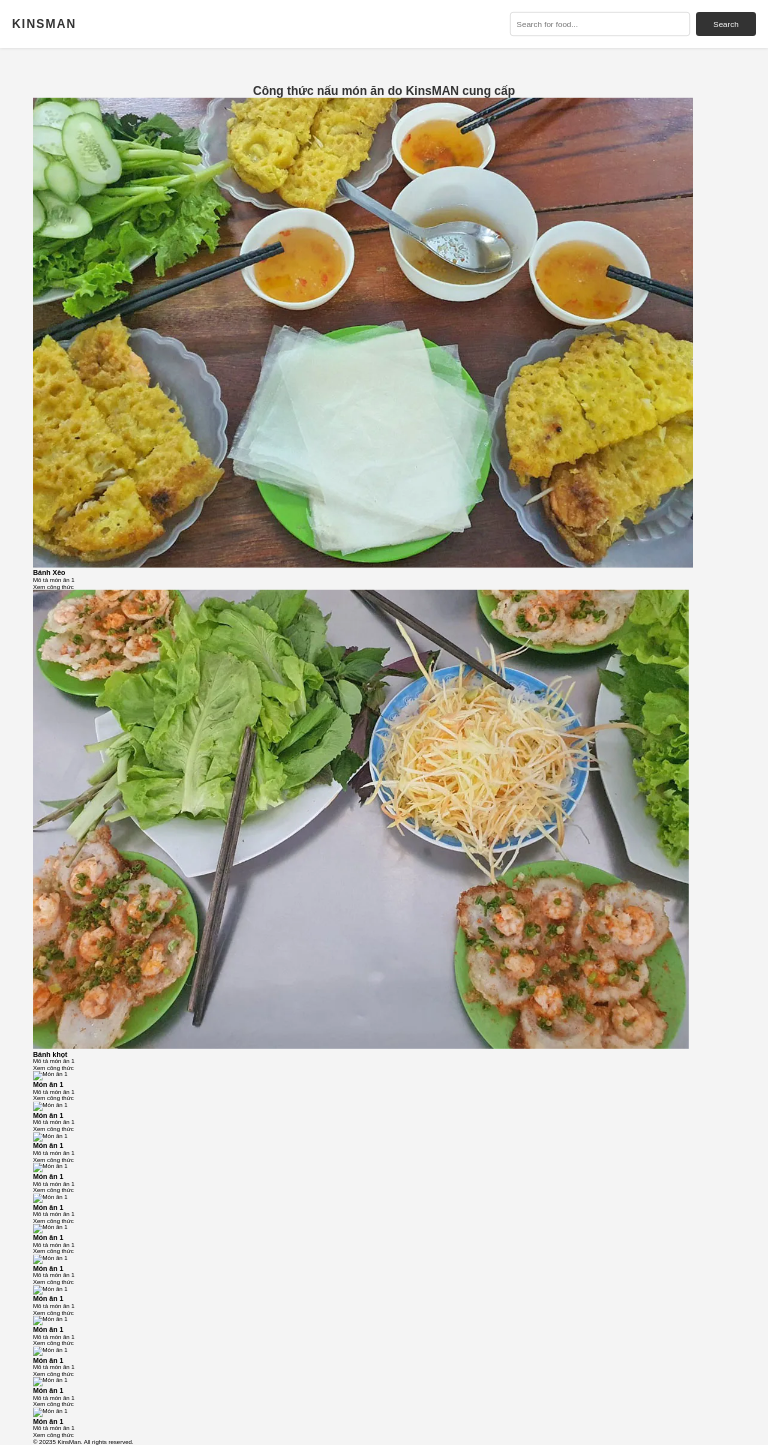
Repository: hoang28092000/how-food
Page: index.html
The author's editor kept a copy of each file at every save. The page is drawn from the files as they stood at one save, then again after a run of saves.
The browser window is 1280 px wide. The pictures show the whole page, at 60% of full size.

Above is the page before, as saved 2025-04-14 23:55:13.

### index.html
<!DOCTYPE html>
<html lang="en">
<head>
    <meta charset="UTF-8">
    <meta name="viewport" content="width=device-width, initial-scale=1.0">
    <link rel="stylesheet" href="./style.css">
    <title>Food VN</title>
</head>
<body>
    <header>
        <div class="container">
            <nav class="nav">
                <h1 class="logo">KINSMAN</h1>
                <form action="" class="search-form">
                    <input type="text" class="search-box" placeholder="Search for food...">
                    <button type="submit" class="btn-search">Search</button>
                </form>
            </nav>
        </div>
    </header>
    <main>
        <div class="container">
            <h2 class="title-page">
                Công thức nấu món ăn do KinsMAN cung cấp
            </h2>
            <div class="list-food">
                <div class="food-item">
                    <img src="./image/banh-xeo.webp" alt="Món ăn 1" class="food-image">
                    <div class="info-card">
                        <h3 class="food-name">Bánh Xèo</h3>
                        <p class="food-description">Mô tả món ăn 1</p>
                        <a class="btn-card">Xem công thức</a>
                    </div>
                </div>
                <div class="food-item">
                    <img src="./image/banh_khot.webp" alt="Món ăn 1" class="food-image">
                    <div class="info-card">
                        <h3 class="food-name">Bánh khọt</h3>
                        <p class="food-description">Mô tả món ăn 1</p>
                        <a class="btn-card">Xem công thức</a>
                    </div>
                </div>
                <div class="food-item">
                    <img src="" alt="Món ăn 1" class="food-image">
                    <div class="info-card">
                        <h3 class="food-name">Món ăn 1</h3>
                        <p class="food-description">Mô tả món ăn 1</p>
                        <a class="btn-card">Xem công thức</a>
                    </div>
                </div>
                <div class="food-item">
                    <img src="" alt="Món ăn 1" class="food-image">
                    <div class="info-card">
                        <h3 class="food-name">Món ăn 1</h3>
                        <p class="food-description">Mô tả món ăn 1</p>
                        <a class="btn-card">Xem công thức</a>
                    </div>
                </div>
                <div class="food-item">
                    <img src="" alt="Món ăn 1" class="food-image">
                    <div class="info-card">
                        <h3 class="food-name">Món ăn 1</h3>
                        <p class="food-description">Mô tả món ăn 1</p>
                        <a class="btn-card">Xem công thức</a>
                    </div>
                </div>
                <div class="food-item">
                    <img src="" alt="Món ăn 1" class="food-image">
                    <div class="info-card">
                        <h3 class="food-name">Món ăn 1</h3>
                        <p class="food-description">Mô tả món ăn 1</p>
                        <a class="btn-card">Xem công thức</a>
                    </div>
                </div>
                <div class="food-item">
                    <img src="" alt="Món ăn 1" class="food-image">
                    <div class="info-card">
                        <h3 class="food-name">Món ăn 1</h3>
                        <p class="food-description">Mô tả món ăn 1</p>
                        <a class="btn-card">Xem công thức</a>
                    </div>
                </div>
                <div class="food-item">
                    <img src="" alt="Món ăn 1" class="food-image">
                    <div class="info-card">
                        <h3 class="food-name">Món ăn 1</h3>
                        <p class="food-description">Mô tả món ăn 1</p>
                        <a class="btn-card">Xem công thức</a>
                    </div>
                </div>
                <div class="food-item">
                    <img src="" alt="Món ăn 1" class="food-image">
                    <div class="info-card">
                        <h3 class="food-name">Món ăn 1</h3>
                        <p class="food-description">Mô tả món ăn 1</p>
                        <a class="btn-card">Xem công thức</a>
                    </div>
                </div>
                <div class="food-item">
                    <img src="" alt="Món ăn 1" class="food-image">
                    <div class="info-card">
                        <h3 class="food-name">Món ăn 1</h3>
                        <p class="food-description">Mô tả món ăn 1</p>
                        <a class="btn-card">Xem công thức</a>
                    </div>
                </div>
                <div class="food-item">
                    <img src="" alt="Món ăn 1" class="food-image">
                    <div class="info-card">
                        <h3 class="food-name">Món ăn 1</h3>
                        <p class="food-description">Mô tả món ăn 1</p>
                        <a class="btn-card">Xem công thức</a>
                    </div>
                </div>
                <div class="food-item">
                    <img src="" alt="Món ăn 1" class="food-image">
                    <div class="info-card">
                        <h3 class="food-name">Món ăn 1</h3>
                        <p class="food-description">Mô tả món ăn 1</p>
                        <a class="btn-card">Xem công thức</a>
                    </div>
                </div>
                <div class="food-item">
                    <img src="" alt="Món ăn 1" class="food-image">
                    <div class="info-card">
                        <h3 class="food-name">Món ăn 1</h3>
                        <p class="food-description">Mô tả món ăn 1</p>
                        <a class="btn-card">Xem công thức</a>
                    </div>
                </div>
                <div class="food-item">
                    <img src="" alt="Món ăn 1" class="food-image">
                    <div class="info-card">
                        <h3 class="food-name">Món ăn 1</h3>
                        <p class="food-description">Mô tả món ăn 1</p>
                        <a class="btn-card">Xem công thức</a>
                    </div>
                </div>
            </div>
        </div>
    </main>

    <footer>
        <div class="container">
            <p>&copy; 20235 KinsMan. All rights reserved.</p>
        </div>
    </footer>


    <script src="script.js"></script>
</body>
</html>

### style.css
*{
    padding: 0;
    margin: 0;
    box-sizing: border-box;
}
html{
    font-size: 62.5%;
    scroll-behavior: smooth;
}
.container{
    max-width: calc(100% - 48px);
    width: 1170px;
    margin: 0 auto;
}
body{
    font-family: 'Poppins', sans-serif;
    background-color: #f4f4f4;
}
/* header */
nav{
    display: flex;
    justify-content: space-between;
    align-items: center;
    padding: 20px;
    background-color: #fff;
    box-shadow: 0 2px 5px rgba(0, 0, 0, 0.1);
    position: fixed;
    width: 100%;
    top: 0;
    left: 0;
}
nav .logo{
    font-size: 2rem;
    font-weight: bold;
    color: #333;
    letter-spacing: 2px;
}
nav .search-form{
    display: flex;
    width: 50%;
    align-items: center;
    justify-content: flex-end;
}
.search-box{
    width: 300px;
    height: 40px;
    padding-left: 10px;
    border: 1px solid #ccc;
    border-radius: 5px;
    outline: none;
}
.btn-search{
    width: 100px;
    height: 40px;
    background-color: #333;
    color: #fff;
    border: none;
    border-radius: 5px;
    cursor: pointer;
    margin-left: 10px;
    transition: background-color 0.2s ease-in-out;
}
.btn-search:hover{
    background-color: #555;
}
/* main */
main{
    margin-top: 80px;
}
.title-page{
    padding-top: 60px;
    text-align: center;
    font-size: 2rem;
    font-weight: bold;
    color: #333;

}

Loaded but not shown: script.js (no copy from this time; the picture is the same without it)

After the next 4 saves:
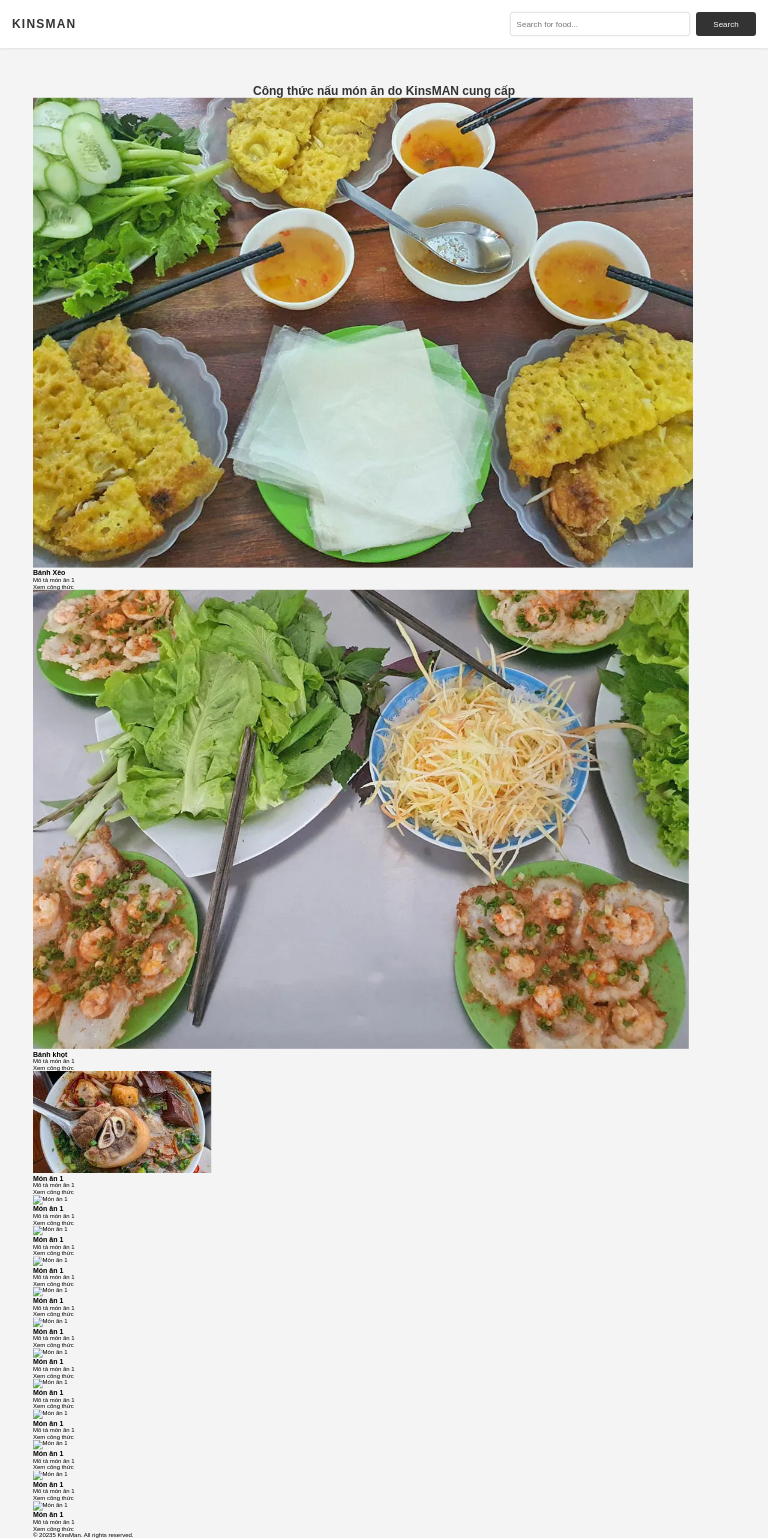
The 4 saves are shown as one change because they came seconds apart.
The last was saved 13 s later.
--- a/index.html
+++ b/index.html
@@ -41,7 +41,7 @@
                     </div>
                 </div>
                 <div class="food-item">
-                    <img src="" alt="Món ăn 1" class="food-image">
+                    <img src="./image/bunbo.jpg" alt="Món ăn 1" class="food-image">
                     <div class="info-card">
                         <h3 class="food-name">Món ăn 1</h3>
                         <p class="food-description">Mô tả món ăn 1</p>
